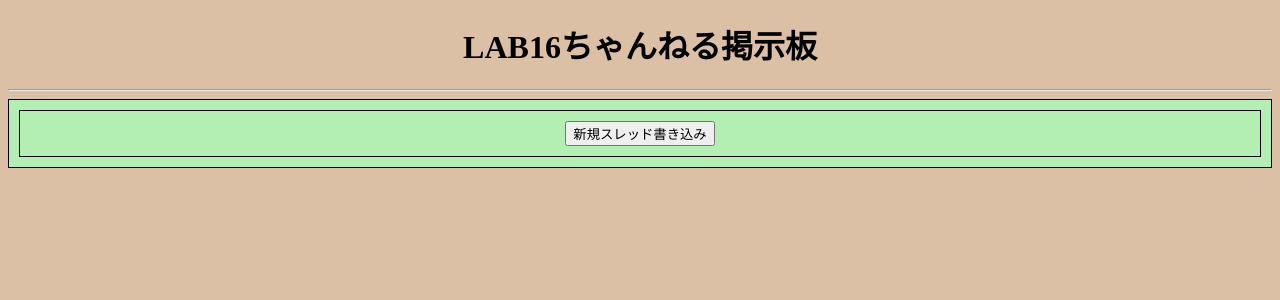
Repository: daidai0602/mba_portal
Page: http://localhost/php_2chan/
The author's editor kept a copy of each file at every save. The page is drawn from the files as they stood at one save, then again after the next save.
The browser window is 1280 px wide. The pictures show the whole page.
The page is run by PHP 8.4 with error messages shown; the project is at /var/www/html/. Queries for data that is not in the repository find no rows.

Above is the page before, as saved 2023-12-04 16:31:28.

### index.php
<?php

include_once("./app/database/connect.php");

?>

<!DOCTYPE html>
<html lang="en">

<head>
    <meta charset="UTF-8">
    <meta http-equiv="X-UA-Compatible" content="IE=edge">
    <meta name="viewport" content="width=device-width, initial-scale=1.0">
    <title>掲示板</title>
    <link rel="stylesheet" href="./assets/css/style.css">
</head>

<body>
    <?php include("app/parts/header.php"); ?>
    <?php include("app/parts/validation.php"); ?>
    <?php include("app/parts/thread.php"); ?>
    <?php include("app/parts/newThreadButton.php"); ?>
</body>

</html>

### app/database/connect.php
<?php
$user = "root";

//DBと接続
try{
  $pdo = new PDO('mysql:host=localhost;dbname=2chan-bbs', $user, "");
} catch (PDOException $error){
  echo $error->getMessage();
}

### app/parts/header.php
<header>
    <h1 class="title">LAB16ちゃんねる掲示板</h1>
    <hr>
</header>

### app/parts/validation.php
    <!-- バリデーションチェックのエラー文吐きだし -->
    <?php if (isset($error_message)) : ?>
        <ul class="errorMessage">
            <?php foreach ($error_message as $error) : ?>
                <li><?php echo $error ?></li>
            <?php endforeach; ?>
        </ul>
    <?php endif; ?>

### app/parts/thread.php
<?php
include_once("./app/database/connect.php");
include("app/functions/comment_add.php");
include("app/functions/thread_get.php");
?>

<?php foreach ($thread_array as $thread) : ?>
    <div class="threadWrapper">
        <div class="childWrapper">
            <div class="threadTitle">
                <span>【タイトル】</span>
                <h1><?php echo $thread["title"] ?></h1>
            </div>

            <?php include("commentSection.php"); ?>
            <?php include("commentForm.php"); ?>

        </div>
    </div>
<?php endforeach ?>

### app/functions/comment_add.php
<?php
$error_message = array();

if (isset($_POST["submitButton"])) {

  //お名前入力チェック
  if(empty($_POST['username'])){
    $error_message["username"] = "お名前を入力してください。";
  }else {
    //エスケープ処理
    $escaped["username"] = htmlspecialchars($_POST["username"], ENT_QUOTES, "UTF-8");
  }
    //コメント入力チェック
  if(empty($_POST["body"])){
    $error_message["body"] = "コメントを入力してください。";
  } else {
    //エスケープ処理
    $escaped["body"] = htmlspecialchars($_POST["body"], ENT_QUOTES, "UTF-8");
  }

  if(empty($error_message)){
      $post_date = date("Y-m-d H:i:s");

      $sql = "INSERT INTO `comment` (`username`, `body`, `post_date`, `thread_id` )
      VALUES (:username, :body, :post_date, :thread_id);";
      $statement = $pdo->prepare($sql);

      //値をセットする
      $statement->bindParam(":username", $escaped["username"], PDO::PARAM_STR);
      $statement->bindParam(":body", $escaped["body"], PDO::PARAM_STR);
      $statement->bindParam(":post_date", $post_date, PDO::PARAM_STR);
      $statement->bindParam(":thread_id", $_POST["threadID"], PDO::PARAM_STR);

      $statement->execute();
  }
}

### app/functions/thread_get.php
<?php
$thread_array = array();

//コメントデータをテーブルから取得してくる.
$sql = "SELECT * FROM thread";
$statement = $pdo->prepare($sql);
$statement->execute();

$thread_array = $statement;

### app/parts/newThreadButton.php
<div class="newThreadWrapper">
  <div class="newChildThreadWrapper">
    <button><a href="app/pages/createThread.php">新規スレッド書き込み</a></button>
  </div>
</div>

### assets/css/style.css
body {
  background-color: #dcc0a6;
}
.title {
  text-align: center;
  font-style: 34px;
}
.threadWrapper {
  background-color: #f3eded;
  padding: 10px;
  max-width: 1300px;
  margin: 0px auto;
  border: 1px solid black;
  margin-bottom: 20px;
}
.childWrapper {
  border: 1px solid black;
  padding: 10px;
}
.threadTitle {
  display: flex;
  align-items: center;
  font-weight: 600;
  margin-left: 6px;
  height: 60px;
}
.threadTitle h1{
  color: red;
  margin-left: 3px;
  font-size: 27px;
}
section {
  padding: 0 10px;
}
section .nameArea {
  display: flex;
  align-items: center;
  margin-bottom: -14px;
}

section .username {
  color: rgb(0, 128, 9);
  font-weight: 700;
}

section .comment {
  margin-top: 0;
  margin-left:20px;
}

.formWrapper {
  padding: 16px;
  margin-left: 20px;
}

.commentTextArea {
  margin-top: 20px;
  width: 500px;
  height: 90px;
  resize: none;
}

.errorMessage {
  color: red;
  margin-left: 70px;
}

/*新規スレッド*/

.newThreadWrapper {
  background-color: #b3eeb3;
  padding: 10px;
  max-width: 1300px;
  margin: 0 auto;
  border: 1px solid black;
  margin-bottom: 20px;
}

.newChildThreadWrapper {
  text-align: center;
  padding: 10px;
  border: 1px solid black;
}

.newChildThreadWrapper button a {
  width: 150px;
  color: black;
  text-decoration: none;
}

After the next save:
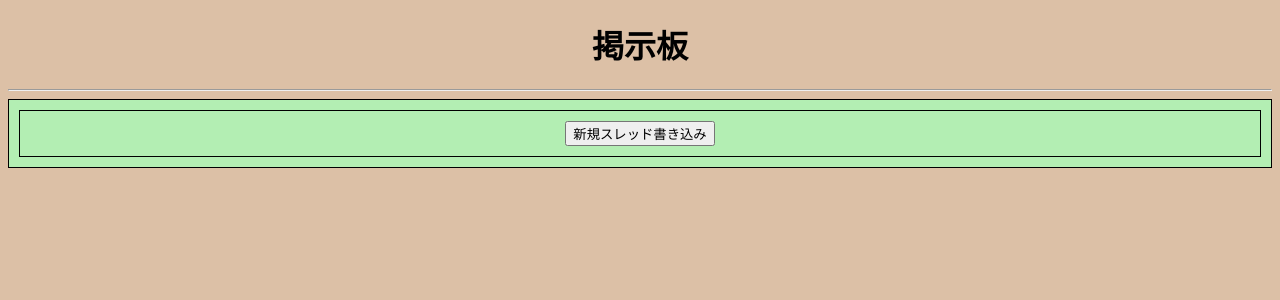
Saved 14 s later.
--- a/app/parts/header.php
+++ b/app/parts/header.php
@@ -1,4 +1,4 @@
 <header>
-    <h1 class="title">LAB16ちゃんねる掲示板</h1>
+    <h1 class="title">掲示板</h1>
     <hr>
 </header>
